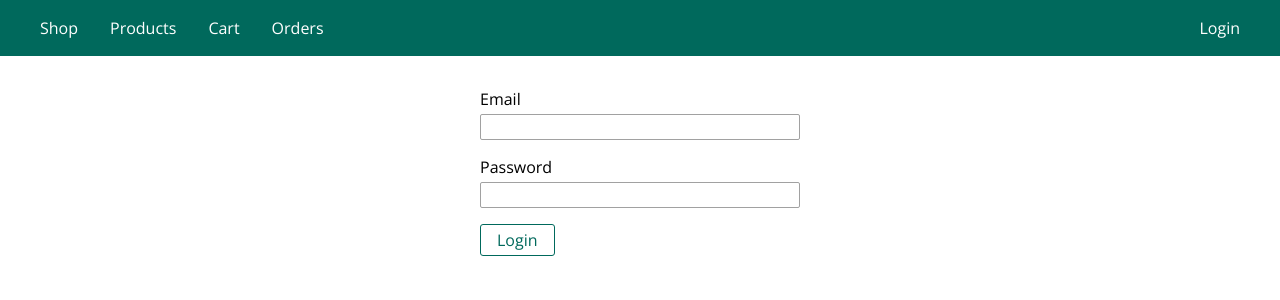
Repository: petref/RASPCODES
Page: http://localhost/login
These files come from the project's save history. The page is drawn as it stood at one moment and after the next save; the edit follows.
The browser window is 1280 px wide. The pictures show the whole page.
The page is served by the project's Node server (app.js). Queries for data that is not in the repository find no rows.

Above is the page before, as saved 2020-01-12 19:44:41.

After the next save:
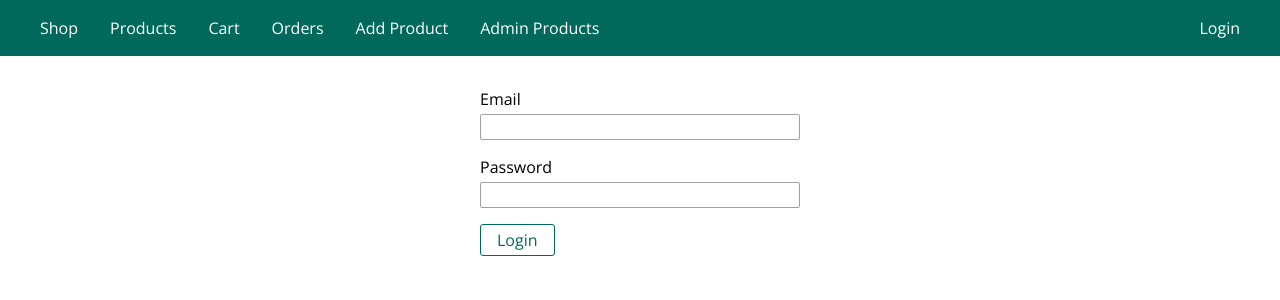
Saved 8 s later.
--- a/shopNode/views/includes/navigation.ejs
+++ b/shopNode/views/includes/navigation.ejs
@@ -15,16 +15,16 @@
             <li class="main-header__item">
                 <a class="<%= path === '/orders' ? 'active' : '' %>" href="/orders">Orders</a>
             </li>
-            <% if(isAuthenticated) { %>
-                <li class="main-header__item">
-                    <a class="<%= path === '/admin/add-product' ? 'active' : '' %>" href="/admin/add-product">Add Product
+
+            <li class="main-header__item">
+                <a class="<%= path === '/admin/add-product' ? 'active' : '' %>" href="/admin/add-product">Add Product
                 </a>
-                </li>
-                <li class="main-header__item">
-                    <a class="<%= path === '/admin/products' ? 'active' : '' %>" href="/admin/products">Admin Products
+            </li>
+            <li class="main-header__item">
+                <a class="<%= path === '/admin/products' ? 'active' : '' %>" href="/admin/products">Admin Products
                 </a>
-                </li>
-                <% } %>
+            </li>
+
 
         </ul>
         <ul class="main-header__item-list">

After the save that followed:
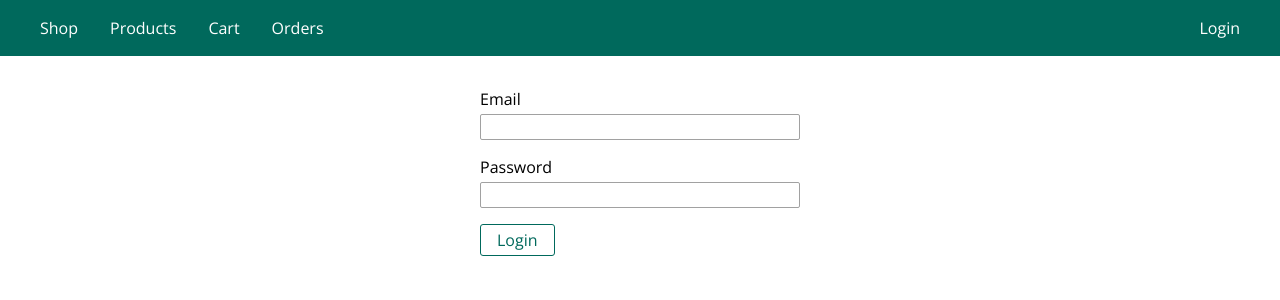
Saved 30 s later.
--- a/shopNode/views/includes/navigation.ejs
+++ b/shopNode/views/includes/navigation.ejs
@@ -15,16 +15,16 @@
             <li class="main-header__item">
                 <a class="<%= path === '/orders' ? 'active' : '' %>" href="/orders">Orders</a>
             </li>
-
-            <li class="main-header__item">
-                <a class="<%= path === '/admin/add-product' ? 'active' : '' %>" href="/admin/add-product">Add Product
+            <% if(isAuthenticated) { %>
+                <li class="main-header__item">
+                    <a class="<%= path === '/admin/add-product' ? 'active' : '' %>" href="/admin/add-product">Add Product
                 </a>
-            </li>
-            <li class="main-header__item">
-                <a class="<%= path === '/admin/products' ? 'active' : '' %>" href="/admin/products">Admin Products
+                </li>
+                <li class="main-header__item">
+                    <a class="<%= path === '/admin/products' ? 'active' : '' %>" href="/admin/products">Admin Products
                 </a>
-            </li>
-
+                </li>
+                <% } %>
 
         </ul>
         <ul class="main-header__item-list">
